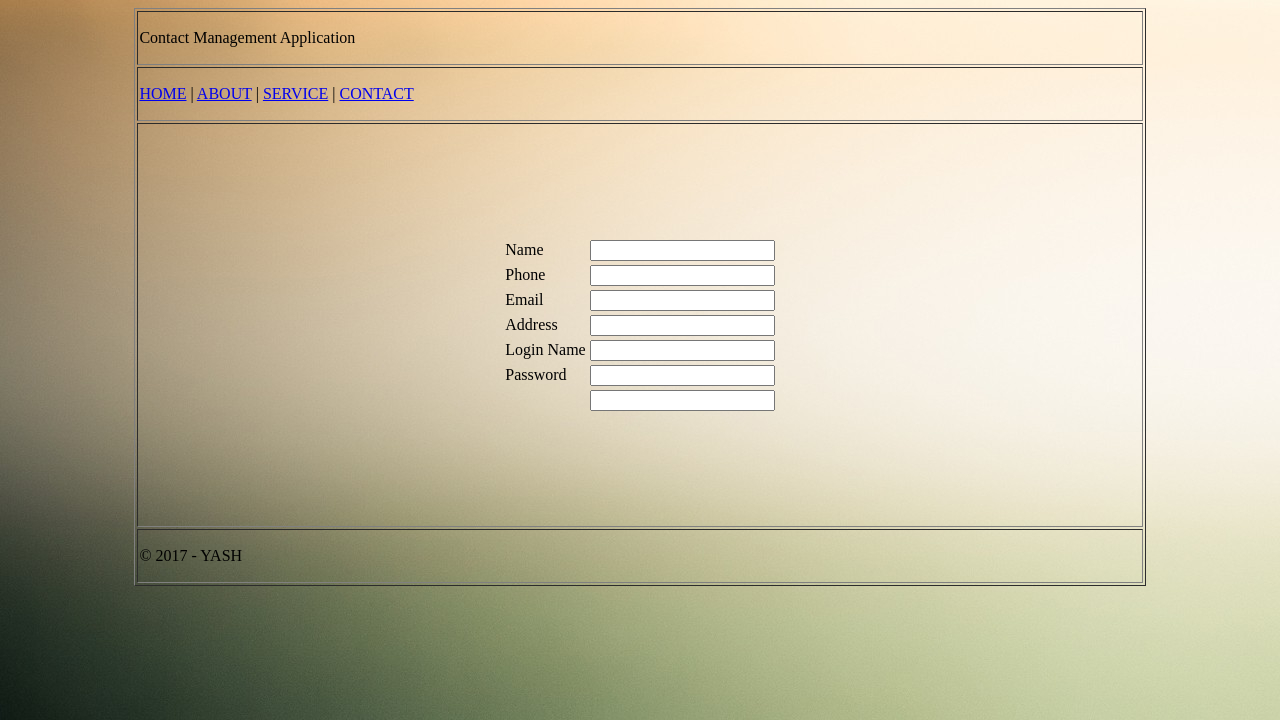
Repository: webutech/Java_Track
Page: http://localhost/MyContactApplication/registration.jsp
An editor plug-in stored every save of this project. The page is shown before and after the next save, followed by the edit.
The browser window is 1280 px wide. The pictures show the whole page.
The page is served by Tomcat 9.

Above is the page before, as saved 2017-04-12 08:33:26.

After the next save:
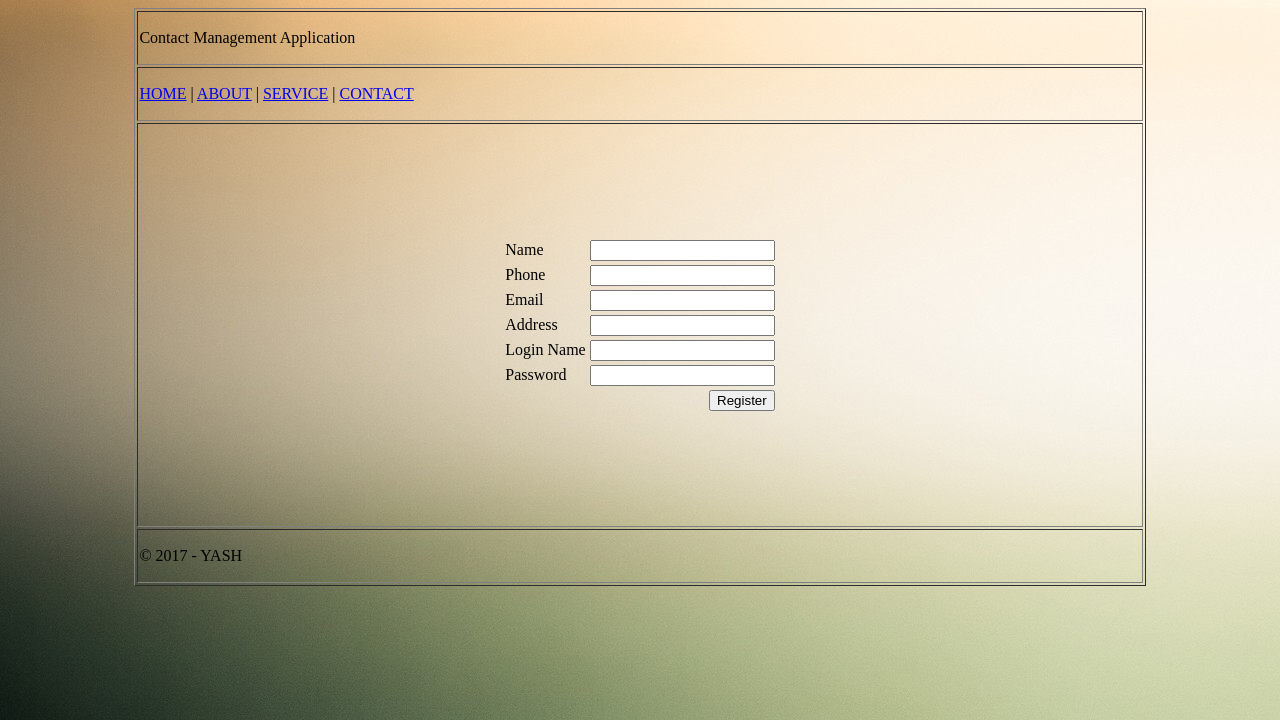
Saved 13 s later.
--- a/AdvJavaWS/MyContactApplication/WebContent/registration.jsp
+++ b/AdvJavaWS/MyContactApplication/WebContent/registration.jsp
@@ -49,7 +49,7 @@
 				</tr>
 				<tr>
 
-					<td colspan="2" style="text-align: right;"><input type="text" name="email"/></td>
+					<td colspan="2" style="text-align: right;"><input type="submit" value="Register"/></td>
 				</tr>
 
 			</table>
